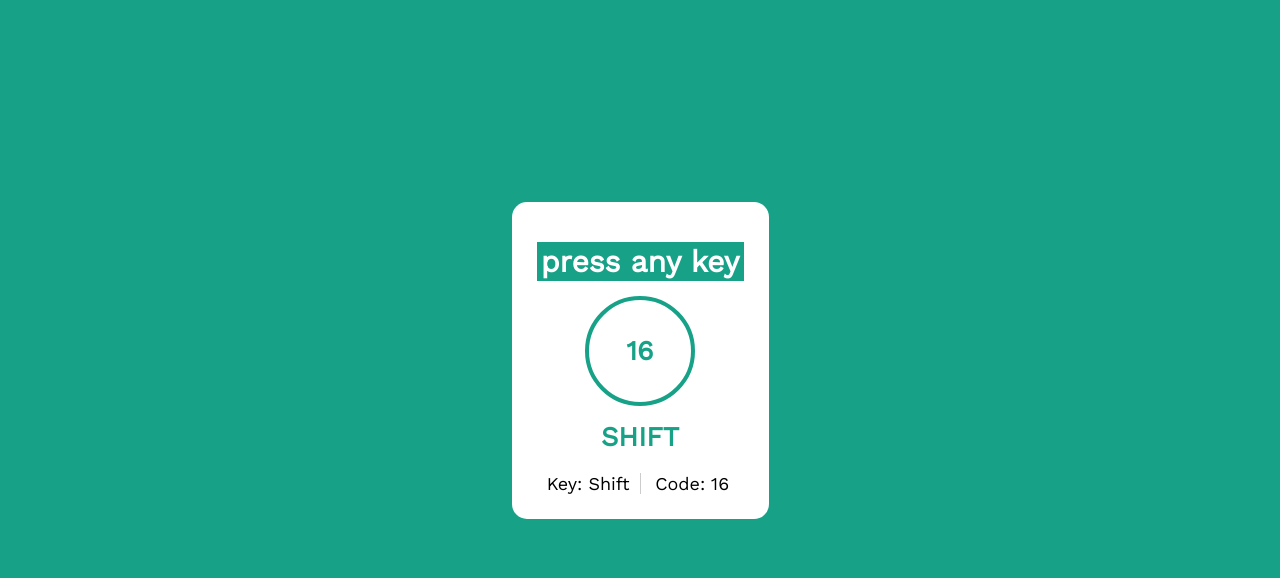
Repository: youssef168/Key-Detection
Page: index.htm
The author's editor kept a copy of each file at every save. The page is drawn from the files as they stood at one save, then again after a run of saves.
The browser window is 1280 px wide. The pictures show the whole page.

Above is the page before, as saved 2021-12-17 13:23:28.

### index.htm
<!DOCTYPE html>
<html lang="en">
<head>
    <meta charset="UTF-8">
    <meta http-equiv="X-UA-Compatible" content="IE=edge">
    <meta name="viewport" content="width=device-width, initial-scale=1.0">
    <link rel="stylesheet" href="./style.css">
    <title>Key Detection</title>
</head>
<body>
    <div class="box">
        <p class="text">press any key</p>
        <div class="content">
            <div class="key-code">16</div>
            <div class="key-name">shift</div>
            <div class="details">
                <p class="key">Key: <span>Shift</span></p>
                <p class="code">Code: <span>16</span></p>
            </div>
        </div>
    </div>

    <script src="./script.js"></script>
</body>
</html>

### style.css
@import url("https://fonts.googleapis.com/css2?family=Work+Sans:ital,wght@0,300;0,400;1,400;1,500&display=swap");

* {
  font-family: "Work Sans", sans-serif;
  box-sizing: border-box;
  padding: 0;
  margin: 0;
}

ul li {
  list-style: none;
}

body {
    display: flex;
    justify-content: center;
    align-items: center;
    min-height: 100vh;
    margin: auto;
    background-color: #17A288;
}

.box {
    background: #fff;
    padding: 25px;
    width: 257px;
    border-radius: 15px;
}

.content, .key-code, .details {
    display: flex;
    align-items: center;
    justify-content: center;
}

.box .content {
    flex-direction: column;
}
.key-code {
    border: 4px solid #17A288;
    border-radius: 50%;
    width: 110px;
    height: 110px;
    font-size: 27px;
}

.text ,.key-code, .key-name {
    font-size: 27px;
    font-weight:bold;
    color: #17A288;
    margin-top: 15px;
}

.text {
    text-align: center;
    font-size: 30px;
    background-color: #17A288;
    color: #fff;
    padding: 2px;
}

.key-name {
    text-transform: uppercase;
}

.details {
    width: 100%;
    justify-content: space-between;
    margin-top: 20px;
}

.details p {
    font-size: 18px;
    width: 100%;
    text-align: center;
}

.details p:last-child {
    border-left: 1px solid #ccc;
}

Loaded but not shown: script.js (no stored copy; drawn as an empty file)

After the next 3 saves:
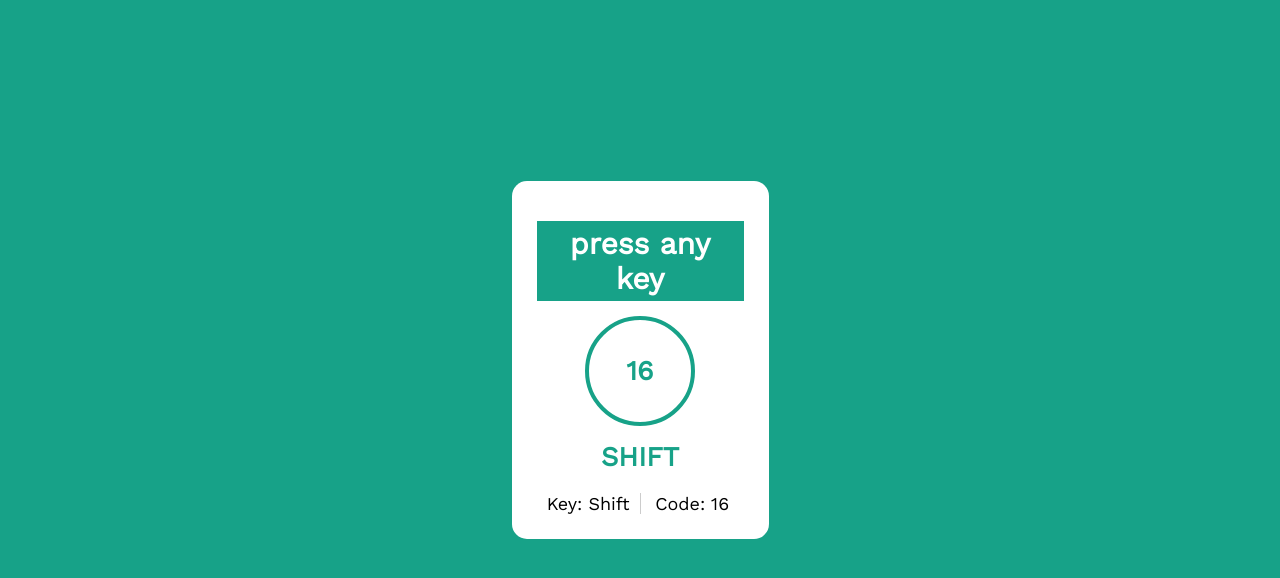
The 3 saves are shown as one change because they came seconds apart.
The last was saved 8 s later.
--- a/style.css
+++ b/style.css
@@ -56,7 +56,7 @@ body {
     font-size: 30px;
     background-color: #17A288;
     color: #fff;
-    padding: 2px;
+    padding: 5px;
 }
 
 .key-name {
